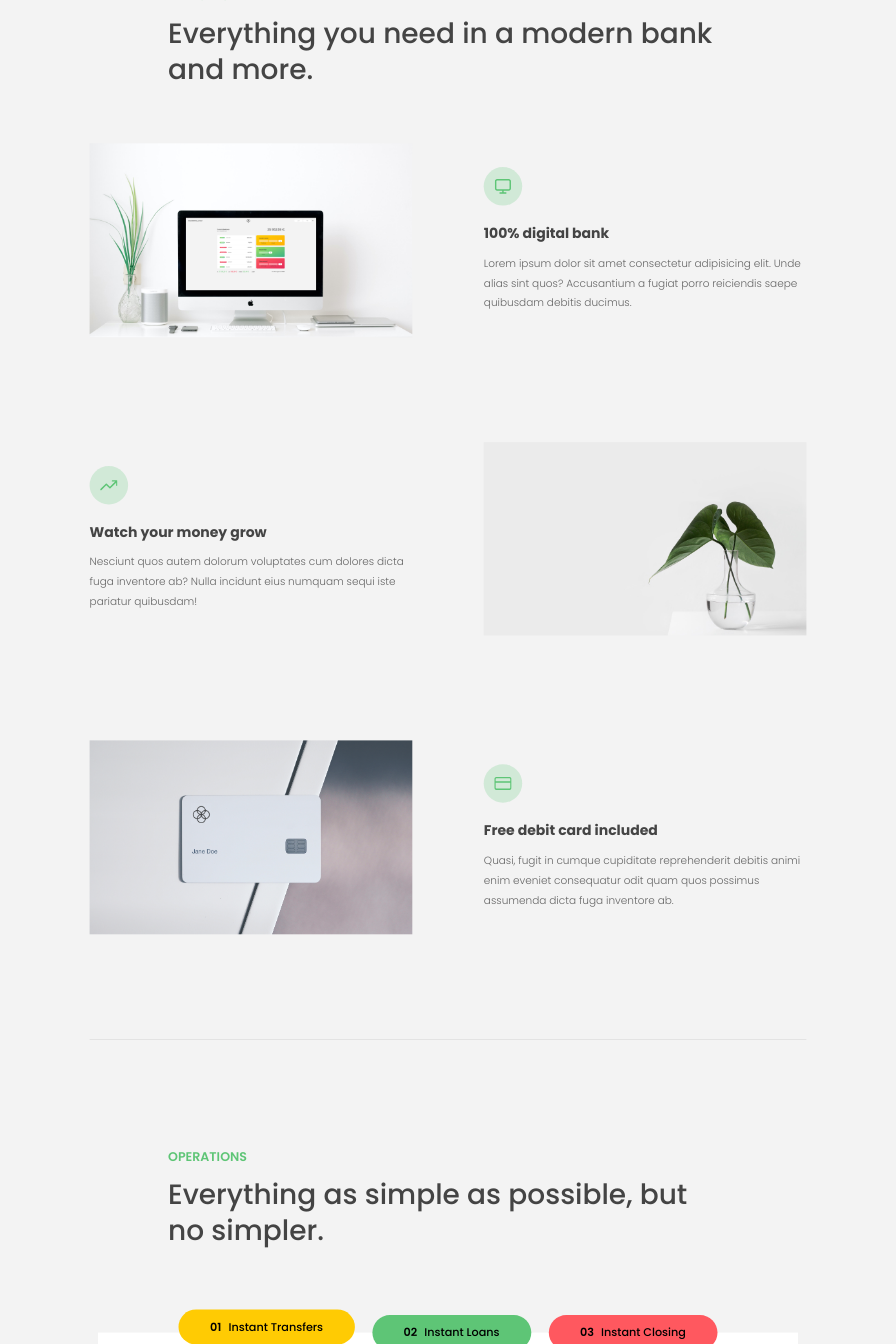
Repository: nptg3105/Bankist
Page: index.html
The author's editor kept a copy of each file at every save. The page is drawn from the files as they stood at one save, then again after the next save.
The browser window is 1280 px wide. The pictures show the part of the page from y = 984 to 2904 px (the page is 5180 px tall), at 70% of full size.
Some web libraries are served in a nearby version.

Above is the page before, as saved 2022-06-03 08:12:47.

After the next save:
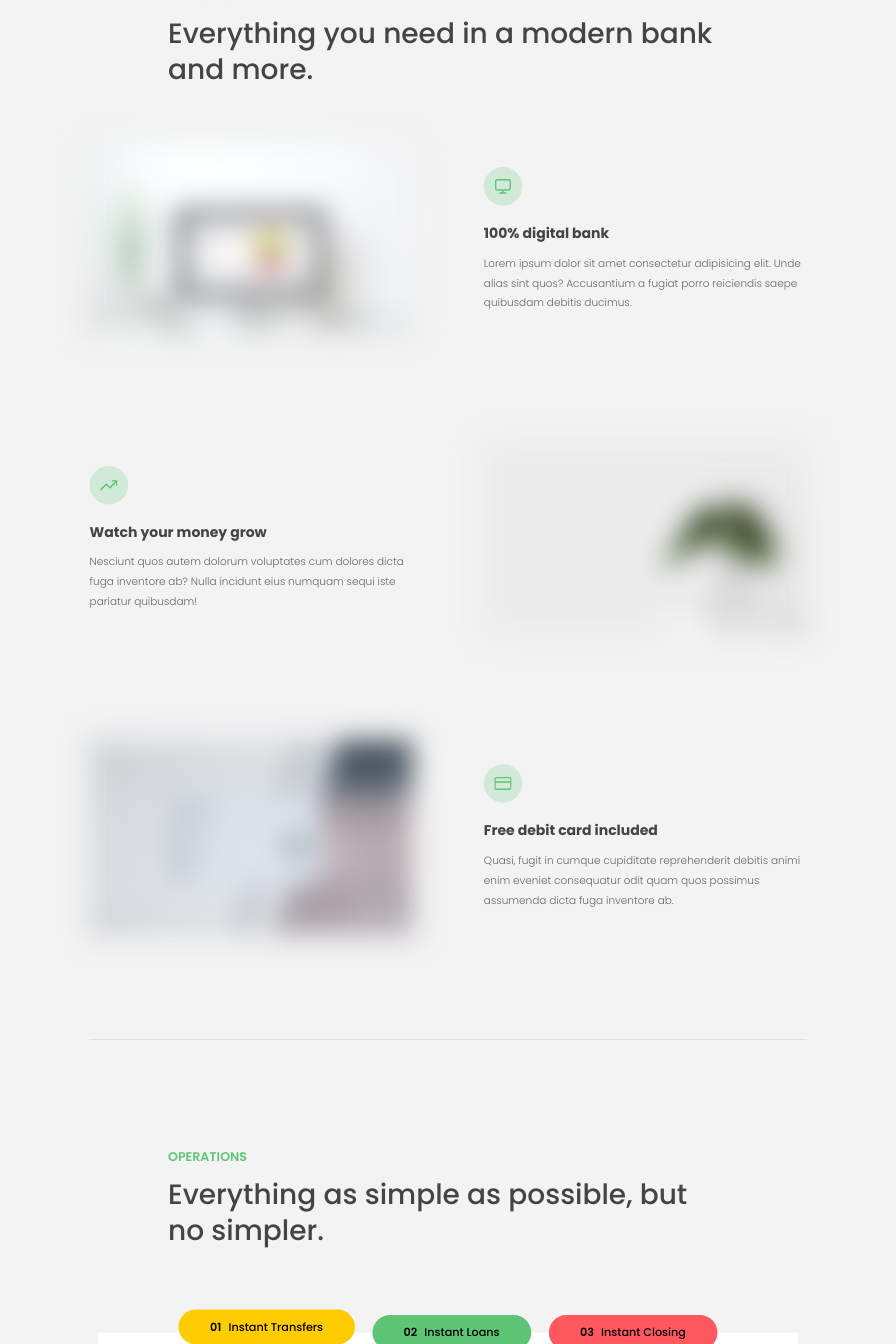
Console error: TypeError: window.getBoundingClientRect is not a function
Saved 86 s later.
--- a/src/js/script.js
+++ b/src/js/script.js
@@ -115,9 +115,11 @@
   navMobile.classList.toggle("active");
 });
 
+const windowWidth = window.getBoundingClientRect();
+console.log(windowWidth);
 window.addEventListener("resize", function () {
-  let windowWidth = window.style.width;
-  console.log(windowWidth);
+  // let windowWidth = window.style.width;
+  // console.log(windowWidth);
 });
 
 //Reveal Section

After the 2 saves that followed:
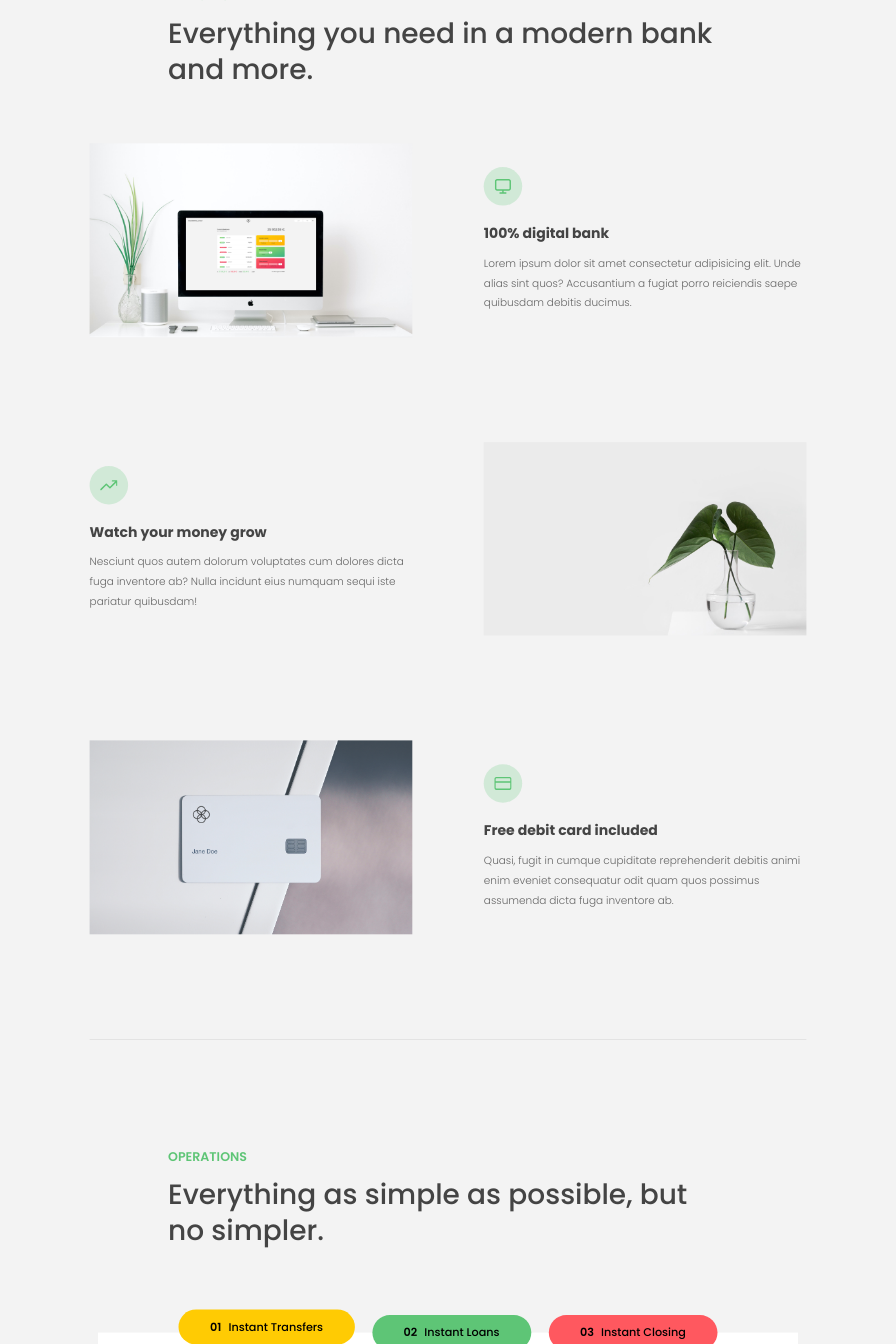
The error is gone.
The 2 saves are shown as one change because 1 left the picture as it was.
The last was saved 69 s later.
--- a/src/js/script.js
+++ b/src/js/script.js
@@ -115,7 +115,7 @@
   navMobile.classList.toggle("active");
 });
 
-const windowWidth = window.getBoundingClientRect();
+const windowWidth = nav.getBoundingClientRect();
 console.log(windowWidth);
 window.addEventListener("resize", function () {
   // let windowWidth = window.style.width;
